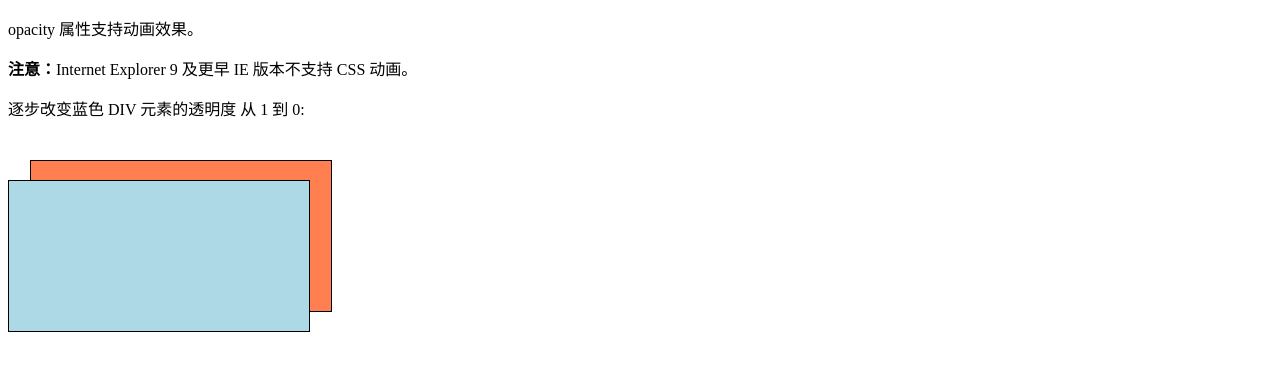
Repository: chjyume/zhongyi
Page: text2.html
An editor plug-in stored every save of this project. The page is shown before and after the next save, followed by the edit.
The browser window is 1280 px wide. The pictures show the whole page.

Above is the page before, as saved 2023-06-25 09:28:41.

After the next save:
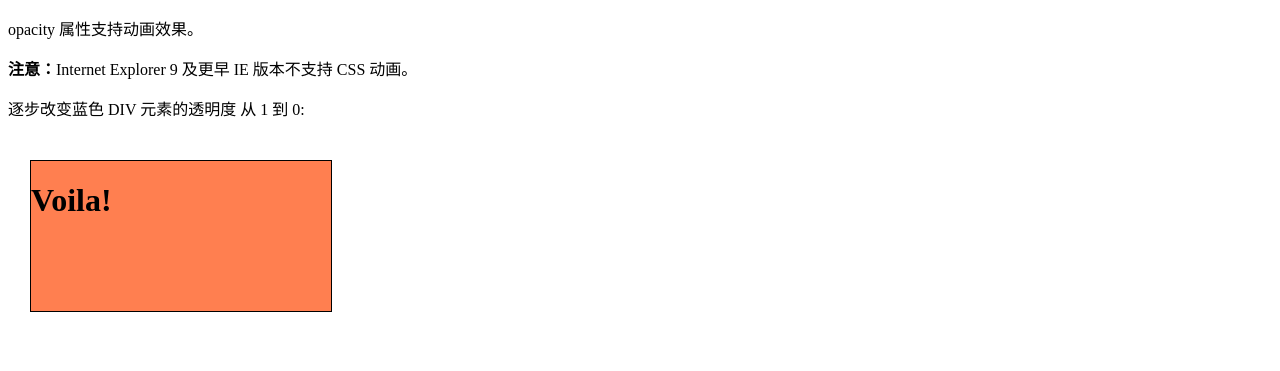
Saved 19 s later.
--- a/text2.html
+++ b/text2.html
@@ -11,8 +11,8 @@
     height: 150px;
     background-color: lightblue;
     border: 1px solid black;
-    -webkit-animation: mymove; /* Chrome, Safari, Opera */
-    animation: mymove;
+    -webkit-animation: mymove 5s; /* Chrome, Safari, Opera */
+    animation: mymove 5s;
     animation-iteration-count: 1;
     animation-fill-mode: forwards;
 }
@@ -29,12 +29,12 @@
 
 /* Chrome, Safari, Opera */
 @-webkit-keyframes mymove {
-    50% {opacity: 0;}
+    100% {opacity: 0;}
 }
 
 /* Standard syntax */
 @keyframes mymove {
-    50% {opacity: 0;}
+    100% {opacity: 0;}
 }
 </style>
 </head>
